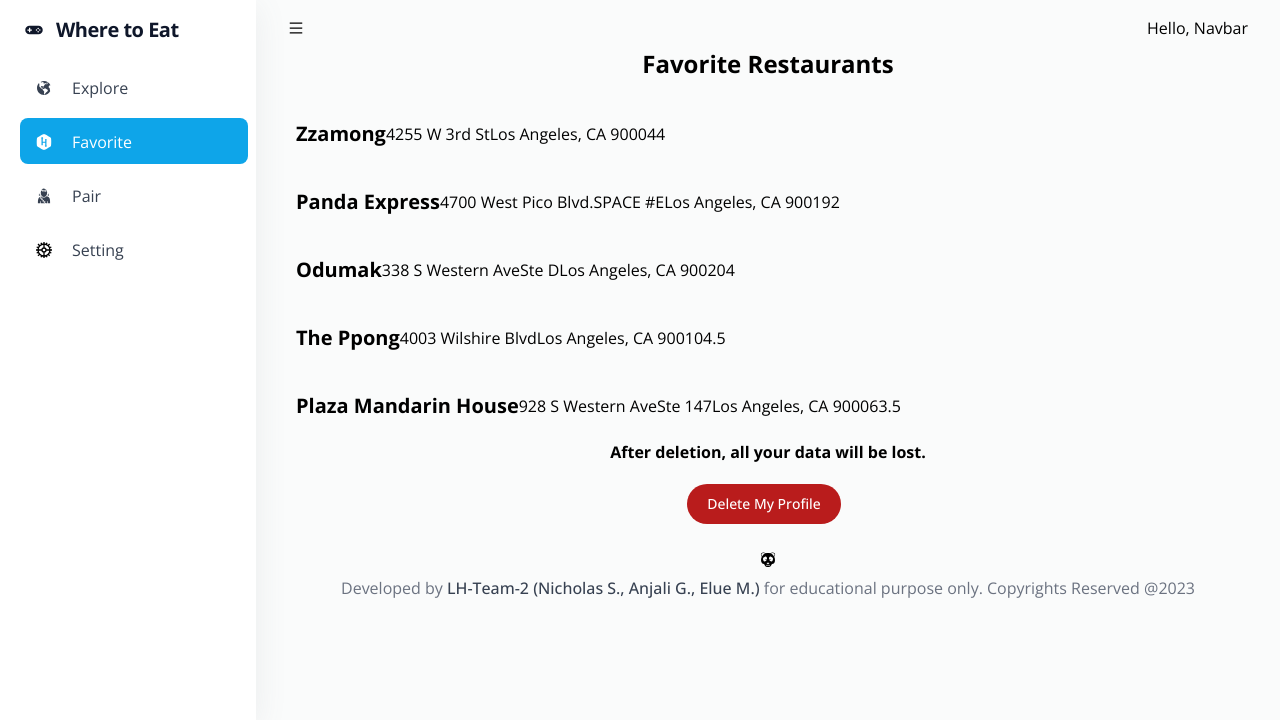
Repository: n-shen/where-to-eat
Page: /favorite (app in client/)
These files come from the project's save history. The page is drawn as it stood at one moment and after the next save; the edit follows.
The browser window is 1280 px wide. The pictures show the whole page.
The page's requests for data from a server got no answer. The project was rebuilt for these pictures with package versions that can differ from the ones it lists, and the page was loaded fresh each time. No one was signed in, and anything a server would have sent is missing. Also part of the build but not shown: client/src/data/cities.js, client/src/components/SearchForm.jsx, client/src/components/SearchResult.jsx, client/src/components/room.jsx, client/src/components/Room/Chat.jsx, client/src/components/Room/Selection.jsx, client/src/components/Room/Intro.jsx, client/src/components/Room/Game.jsx and 5 more.

Above is the page before, as saved 2023-05-05 19:54:35.

After the next save:
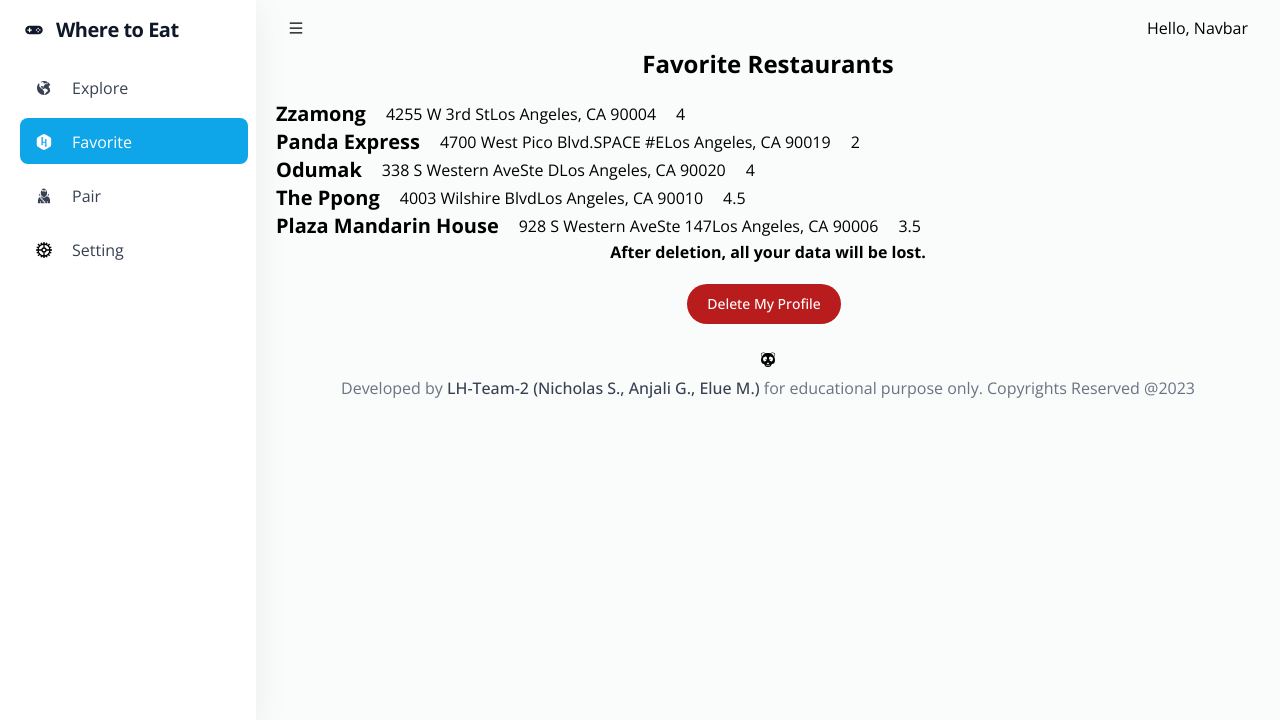
Saved 18 s later.
--- a/client/src/pages/Favorite.jsx
+++ b/client/src/pages/Favorite.jsx
@@ -82,7 +82,7 @@
         {restaurants.map((restaurant, index) => (
           <li
             key={index}
-            className="flex items-center justify-center m-5"
+            className="flex items-center justify-center gap-5"
           >
             <h2
               htmlFor={restaurant.name}
